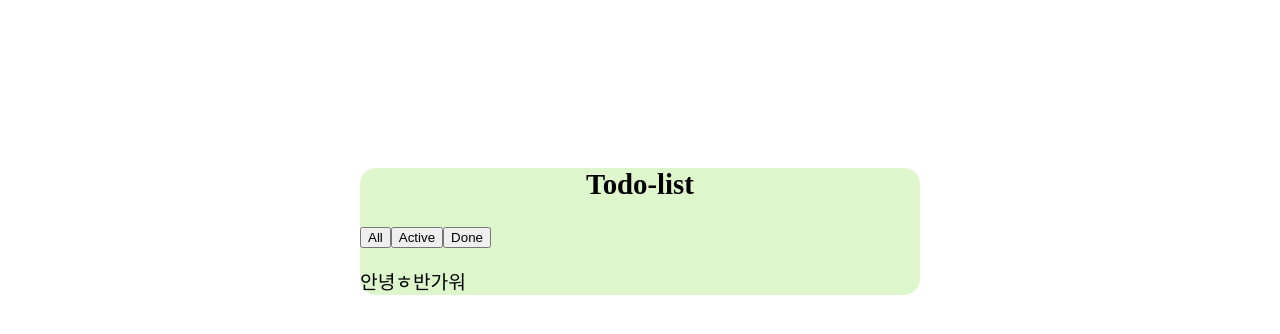
Repository: Yugayoung/todoList
Page: /
The author's editor kept a copy of each file at every save. The page is drawn from the files as they stood at one save, then again after the next save.
The browser window is 1280 px wide. The pictures show the whole page.
Some web fonts or font styles are not loaded; a fallback is used. The project was rebuilt for these pictures with package versions that can differ from the ones it lists, and the page was loaded fresh each time. Also part of the build but not shown: src/App.css.

Above is the page before, as saved 2024-03-21 01:04:56.

### src/index.css
@font-face {
  font-family: 'IM_Hyemin-Bold';
  src: url('./fonts/IM_Hyemin-Regular.otf') format('opentype');
  font-weight: normal;
  font-style: normal;
}

body {
  margin: 0;
  font-family: 'IM_Hyemin-Bold';
  -webkit-font-smoothing: antialiased;
  -moz-osx-font-smoothing: grayscale;
  width: 100vw;
  height: 100vh;
  display: flex;
  justify-content: center;
  align-items: center;
  font-size: 1.2rem;
}

code {
  font-family: source-code-pro, Menlo, Monaco, Consolas, 'Courier New',
    monospace;
}
#root {
  width: 100%;
  height: 60%;
  max-width: 35rem;
}

### src/App.js
import './App.css';
import Todo from './pages/Todo';

function App() {
  return (
    <>
      <Todo />
    </>
  );
}

export default App;

### src/pages/todo.jsx
import React from 'react';
import styled from 'styled-components';

const Title = styled.h2`
  text-align: center;
  font-weight: bold;
`;

const TodoList = styled.section`
  background-color: #def6cc;
  border-radius: 1rem;
`;

export default function Todo() {
  return (
    <>
      <TodoList>
        {/* 할일 state */}
        <Title>Todo-list</Title>
        <div>
          <button>All</button>
          <button>Active</button>
          <button>Done</button>
          <p>안녕ㅎ반가워</p>
        </div>
        {/* addTodoList */}
        {/* 할일 입력 */}
      </TodoList>
    </>
  );
}

Loaded but not shown: public/index.html (common file); src/index.js (common file); src/reportWebVitals.js (common file)

After the next save:
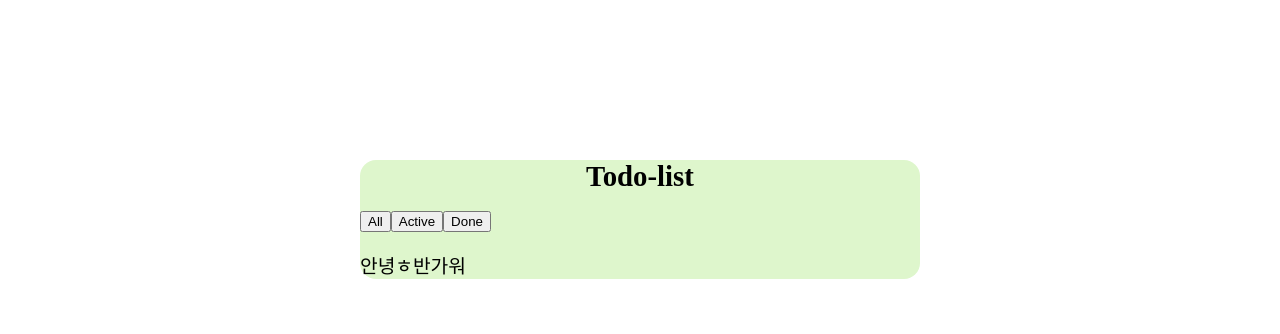
Saved 15 s later.
--- a/src/pages/todo.jsx
+++ b/src/pages/todo.jsx
@@ -4,6 +4,7 @@ import styled from 'styled-components';
 const Title = styled.h2`
   text-align: center;
   font-weight: bold;
+  margin: 1rem;
 `;
 
 const TodoList = styled.section`
